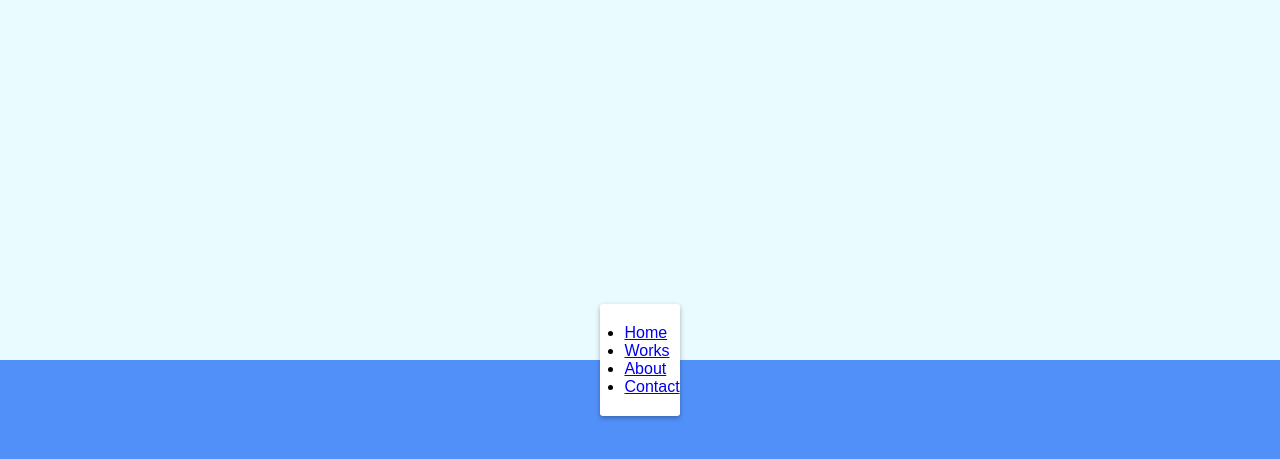
Repository: MMXiaohang/50projects50days-copy
Page: 14-animated-navigation/1-index.html
These files come from the project's save history. The page is drawn as it stood at one moment and after the next save; the edit follows.
The browser window is 1280 px wide. The pictures show the whole page.

Above is the page before, as saved 2022-07-29 00:06:41.

After the next save:
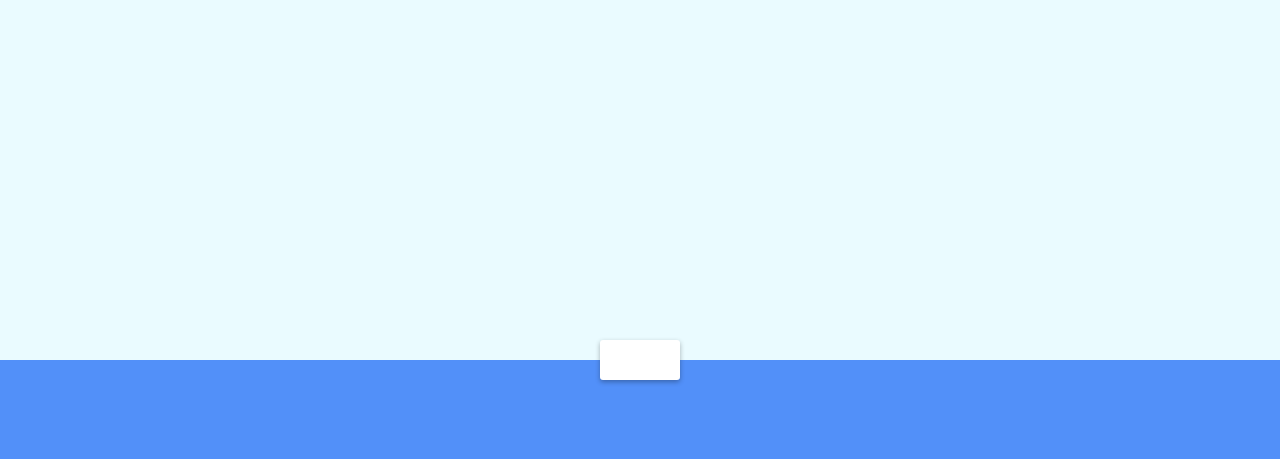
Saved 18 s later.
--- a/14-animated-navigation/1-style.css
+++ b/14-animated-navigation/1-style.css
@@ -33,4 +33,5 @@ nav {
     box-shadow: 0 2px 5px rgba(0, 0, 0, 0.3);
     transition: width 0.6s linear;
     overflow-x: hidden;
+    content-visibility: hidden;
 }
